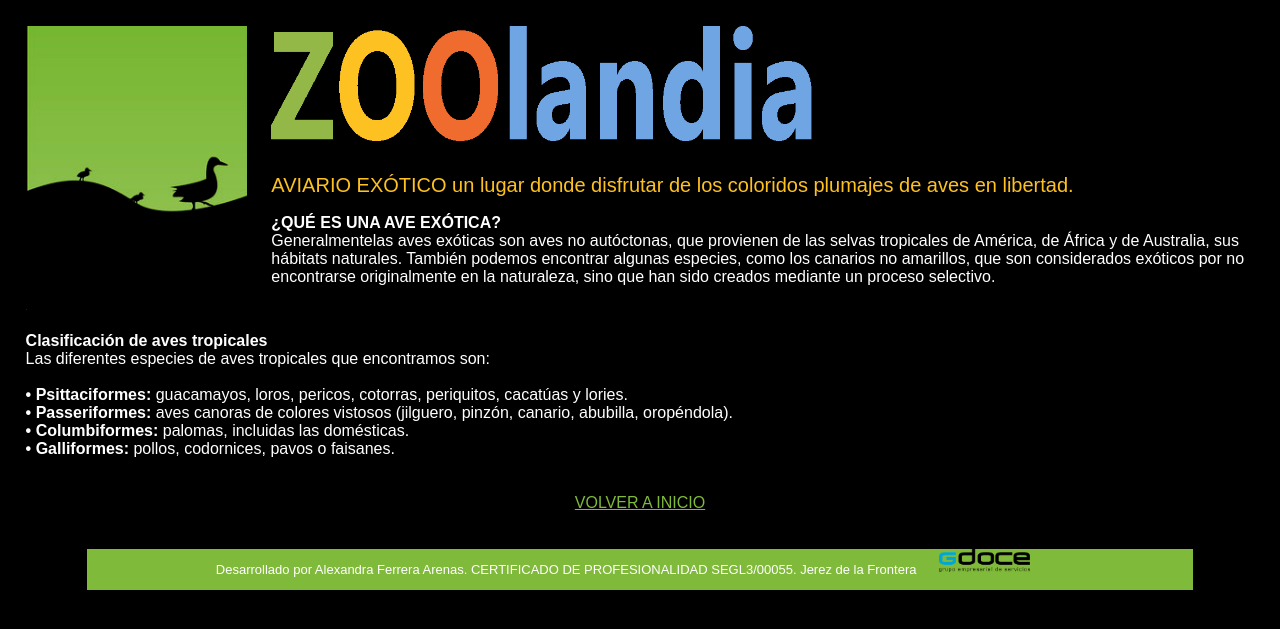
Repository: iSaan86/EV_Pr-ctica_Zoolandia
Page: aviario.html
These files come from the project's save history. The page is drawn as it stood at one moment and after the next save; the edit follows.
The browser window is 1280 px wide. The pictures show the whole page.

Above is the page before, as saved 2023-11-27 18:38:06.

### aviario.html
<!DOCTYPE html>
<html lang="es-ES">
	<head>
		<title>
			ZOOlandia Aviario
		</title>
		<meta charset="UTF-8">
		<meta name="viewport" content="width=device-width, initial-scale=1.0">
		<meta name="keywords" content="zoo, aventura, naturaleza, aviario, sabana">
		<meta name="description" content="Aviario Exótico ZOOlandia">
		<meta name="author" content="Alexandra Ferrera Arenas">
		<link rel="icon" type="image/x-icon" href="img/favicon.png">

    </head>

    <body style="background-color:black;font-family: Arial, Helvetica, sans-serif; padding: 2%; margin:0">
     <!--Seccion de arriba-->
     <!--Imagen y texto-->
        <section style="display: flex; width: 100%;">
            <article style="width: 20%; justify-content: center;">
                <img src="img/imagen1.jpg" alt="Aviario Exótico" title="Aviario Exótico" width="90%">
            </article>
            <article style="width: 80%">
                <section>
                    <img src="img/zoolandia_titulo.gif" alt="Zoolandia Logo" width="55%" style="text-align: left;">
                </section>
                <section style="margin:3% 0%">
                    <h2 style="color:#fdc122; text-align: left; font-weight: normal; font-size: 20px;">
                        AVIARIO EXÓTICO un lugar donde disfrutar de los coloridos plumajes de aves en libertad.
                    </h2>
                    <p style="color: white;font-weight: lighter;">
                        <strong> ¿QUÉ ES UNA AVE EXÓTICA?</strong>
                        <br>Generalmentelas aves exóticas son aves no autóctonas, que provienen de las selvas tropicales de América, de África y de Australia, sus hábitats naturales. También podemos encontrar algunas especies, como los canarios no amarillos, que son considerados exóticos por no encontrarse originalmente en la naturaleza, sino que han sido creados mediante un proceso selectivo.
                    </p>
                </section>
            </article>
        </section>
    <!--Texto Clasificación Aves-->

        <section>
            <p  style="color: white; font-weight: lighter;">
                <strong> Clasificación de aves tropicales</strong>
                <br>Las diferentes especies de aves tropicales que encontramos son:
                <br><br><strong>• Psittaciformes:</strong> guacamayos, loros, pericos, cotorras, periquitos, cacatúas y lories.
                <br><strong>• Passeriformes:</strong> aves canoras de colores vistosos (jilguero, pinzón, canario, abubilla, oropéndola).
                <br><strong>• Columbiformes:</strong> palomas, incluidas las domésticas.
                <br><strong>• Galliformes:</strong> pollos, codornices, pavos o faisanes.
            </p>
        </section>

    <!--Enlace Volver a Inicio-->
       <section style="width: 100%; justify-content: center; align-items:center; text-align: center; margin: 3% 0%">
        <a href="index.html" style="color:#80ba3a"> VOLVER A INICIO</a>
       </section>

    <!--Pie de página-->
        <footer style="display: flex; width: 100%; margin:3% 0%; align-items: center; justify-content: center; text-align: center">
            <section style="display: flex; width: 90%; background-color:#80ba3a">
     <!--Texto pie de página-->
                <article style="width: 75%; text-align: right;">
                    <p style="color:white; font-size: 13px;width: 100%;">
                Desarrollado por Alexandra Ferrera Arenas. CERTIFICADO DE PROFESIONALIDAD SEGL3/00055. Jerez de la Frontera
                    </p>
                </article>
     <!--Logo Gdoce pie de página-->
                <article style="width: 15%; margin-left: 2%; text-align: left">
                    <img src="img/logo.png" alt="Logo G-Doce" width="55%">
                </article>
            </section>
        </footer>

    </body>
</html>

After the next save:
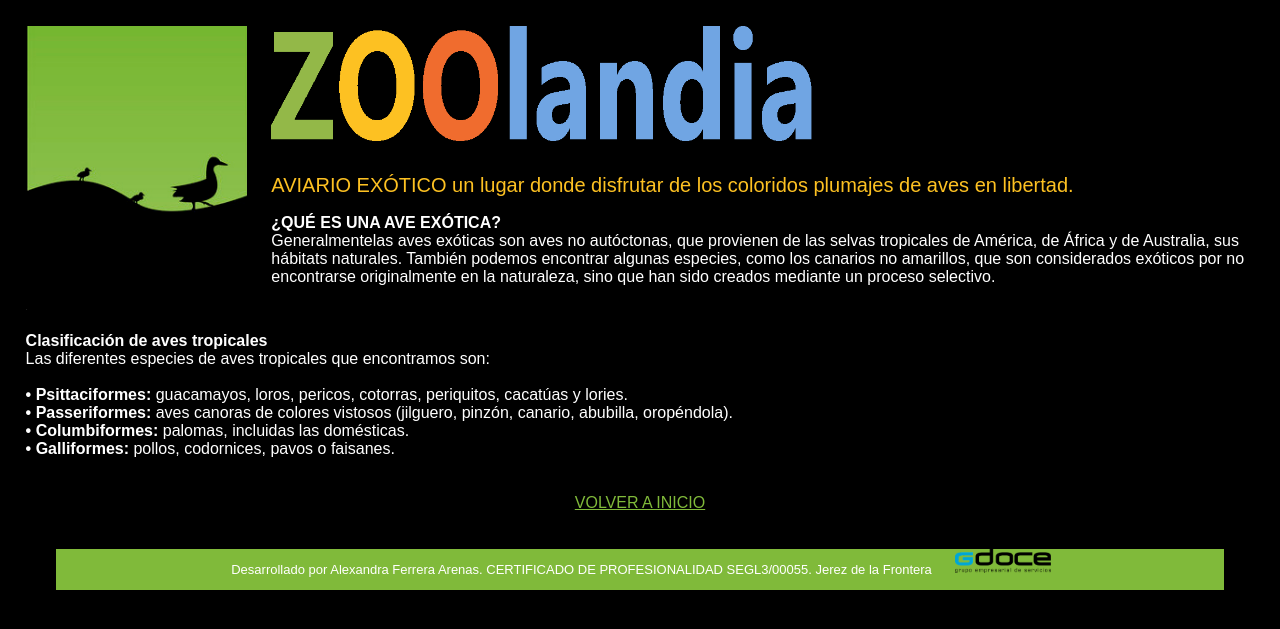
Saved 11 s later.
--- a/aviario.html
+++ b/aviario.html
@@ -55,7 +55,7 @@
 
     <!--Pie de página-->
         <footer style="display: flex; width: 100%; margin:3% 0%; align-items: center; justify-content: center; text-align: center">
-            <section style="display: flex; width: 90%; background-color:#80ba3a">
+            <section style="display: flex; width: 95%; background-color:#80ba3a">
      <!--Texto pie de página-->
                 <article style="width: 75%; text-align: right;">
                     <p style="color:white; font-size: 13px;width: 100%;">
